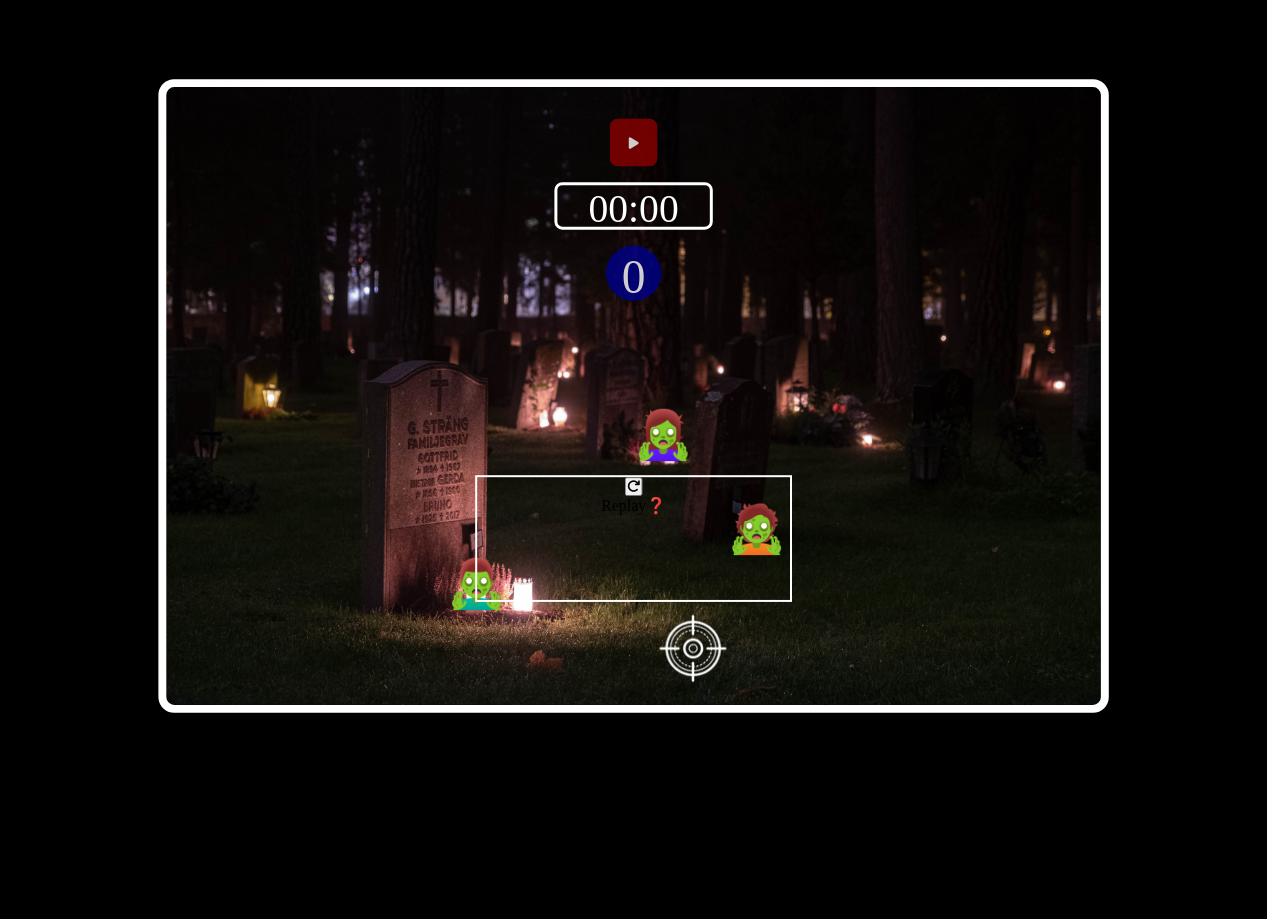
Repository: MrJinkyu/ZombieGame
Page: index.html
An editor plug-in stored every save of this project. The page is shown before and after the next save, followed by the edit.
The browser window is 1280 px wide. The pictures show the whole page, at 99% of full size.
Some web libraries are served in a nearby version.

Above is the page before, as saved 2023-04-08 22:22:27.

After the next save:
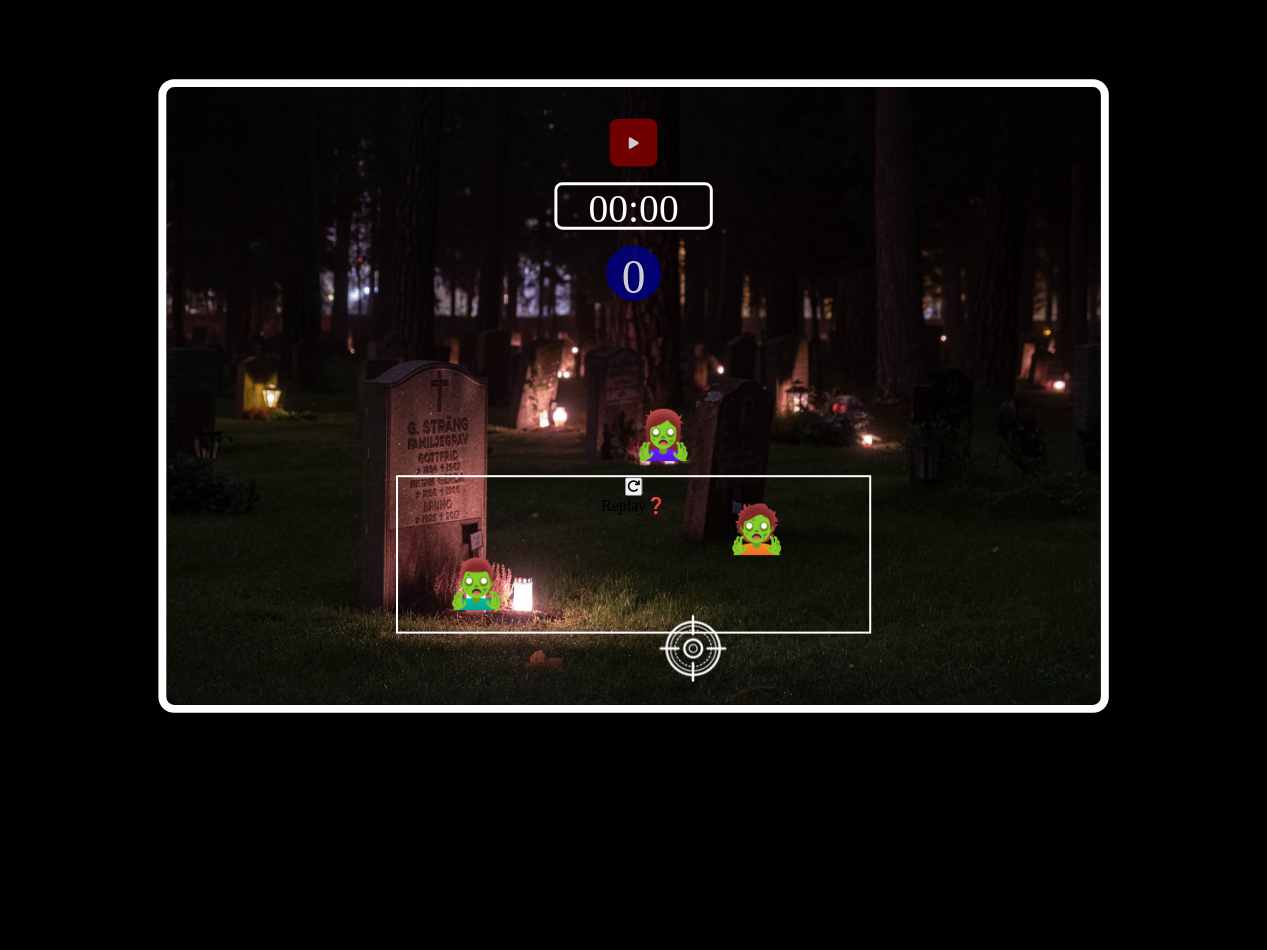
Saved 18 s later.
--- a/style.css
+++ b/style.css
@@ -102,8 +102,8 @@ body{
 }
 
 .pop-up{
-    width: 20rem;
-    height: 8rem;
+    width: 30rem;
+    height: 10rem;
     border: 2px solid white;
     text-align: center;
     margin: 0 auto;
